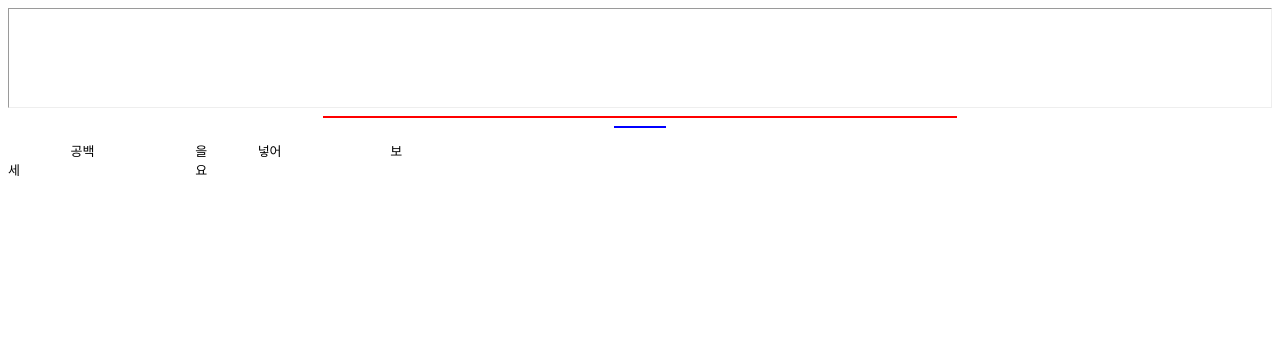
Repository: cleangggg/front
Page: html/ex07.html
These files come from the project's save history. The page is drawn as it stood at one moment and after the next save; the edit follows.
The browser window is 1280 px wide. The pictures show the whole page.

Above is the page before, as saved 2023-05-23 00:19:30.

After the next save:
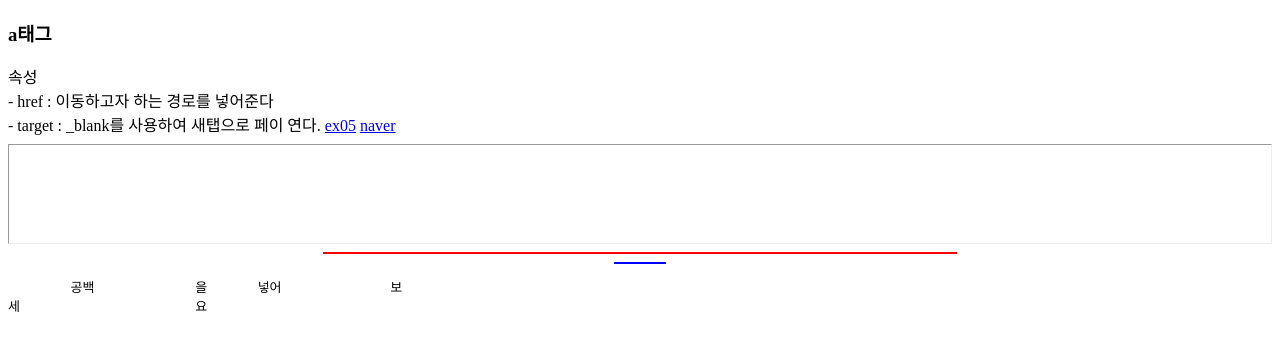
Saved 7 min 29 s later.
--- a/html/ex07.html
+++ b/html/ex07.html
@@ -4,9 +4,19 @@
 <meta charset="UTF-8">
 <title>Insert title here</title>
 </head>
+	<h3>a태그</h3>
+	속성<br>
+	- href : 이동하고자 하는 경로를 넣어준다<br>
+	- target : _blank를 사용하여 새탭으로 페이 연다.
+	<a href="ex05.html">ex05</a>
+	<a href="https://www.naver.com">naver</a>
+
+
+
 <hr size="100">
 <hr width = "50%" align="center" color = "red">
 <hr width = "50px" align="center" color = "blue">
+
 
 <body>
 	<pre>
